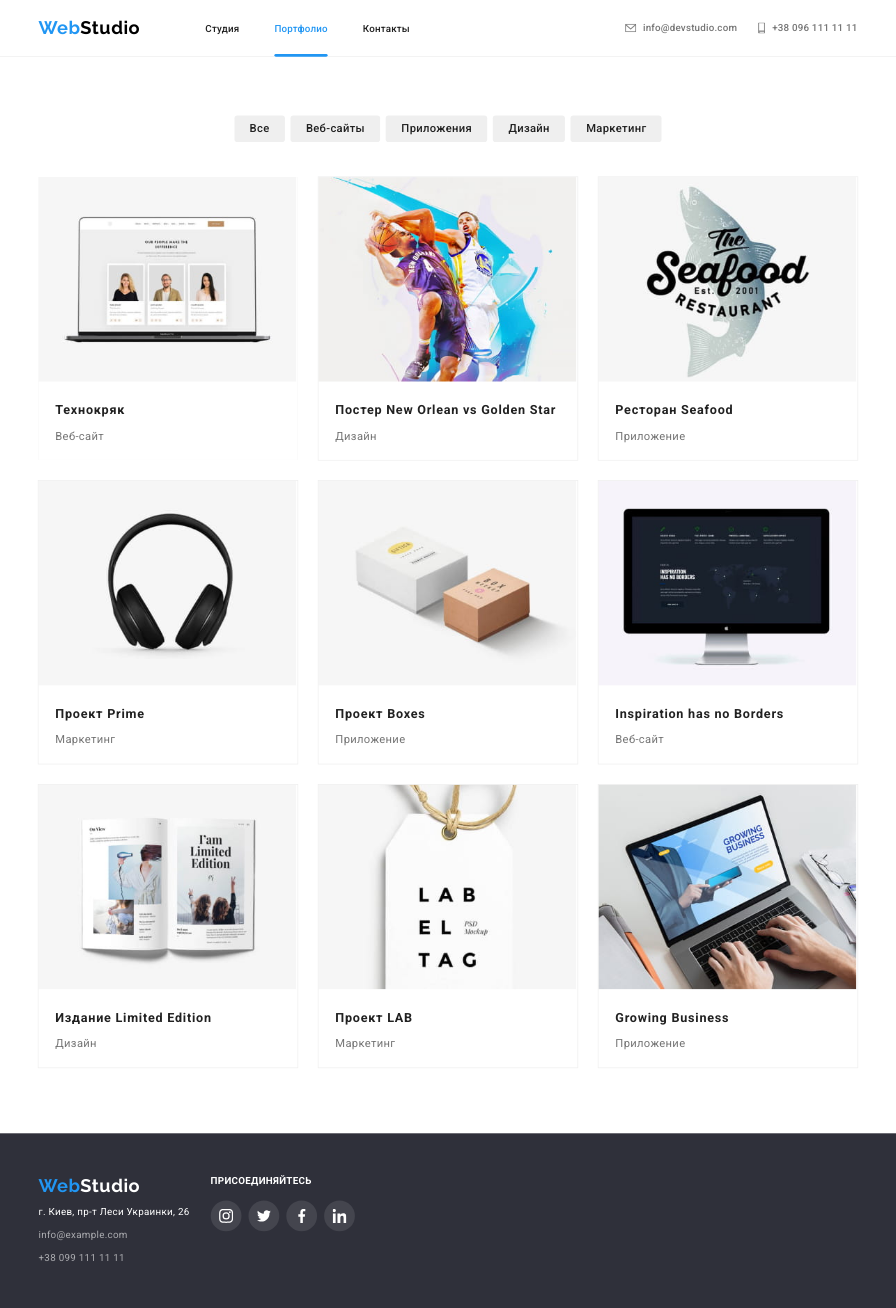
Repository: UliyaKucherernko/home-work-8
Page: porfolio.html
An editor plug-in stored every save of this project. The page is shown before and after the next save, followed by the edit.
The browser window is 1280 px wide. The pictures show the whole page, at 70% of full size.

Above is the page before, as saved 2021-04-13 23:34:48.

### porfolio.html
<!DOCTYPE html>
<html lang="en">
<head>
    <!-- Служебная информация -->
    <meta charset="UTF-8">
    <meta http-equiv="X-UA-Compatible" content="IE=edge">
    <meta name="viewport" content="width=device-width, initial-scale=1.0">
    <title>homework5</title>
    <link rel="preconnect" href="https://fonts.gstatic.com">
    <link href="https://fonts.googleapis.com/css2?family=Raleway:wght@700&family=Roboto:wght@400;500;700;900&display=swap" rel="stylesheet">
    <link rel="stylesheet" href="./css/styles.css">
</head>
<body>

   <header class="header">
      <div class="container">
         <!-- Шапка -->
         <nav class="navigation">
            <a class="link logo-header" href="index.html">
               <span class="web">Web</span><span class="studio">Studio</span></a>
            <ul class="list menu">
               <li class="menu-item">
                  <a href="./index.html" class="link link-title menu-link">Студия</a>
               </li>
               <li class="menu-item">
                  <a href="./porfolio.html" class="link link-title menu-link current">Портфолио</a>
               </li>
               <li class="menu-item">
                  <a class="link link-title menu-link" href="">Контакты</a>
               </li>
            </ul>
         </nav>
         <ul class="list header-adress">
            <li class="contact-item">
               <a class="link contact-links menu-adress" href="mailto:info@devstudio.com">
                  <svg class="icon-header" width="16" height="12">
                     <use href="./images/icons-sprite.svg#icon-mail"></use>
                  </svg>
                  info@devstudio.com
               </a>
            </li>
            <li class="contact-item">
               <a class="link contact-links menu-adress" href="tel:+380961111111">
                  <svg class="icon-header" width="10" height="16">
                     <use href="./images/icons-sprite.svg#icon-phone"></use>
                  </svg>
                  +38 096 111 11 11
               </a>
            </li>
         </ul>
      </div>
   </header>

     <!--что входит в портфолио-->
    <main>
      <section class="gallery">
         <div class="container">
          <ul class="list gallery-btns">
              <li><button class="button-filtr" type="button">Все</button></li>
              <li><button class="button-filtr" type="button">Веб-сайты</button></li>
              <li><button class="button-filtr" type="button">Приложения</button></li>
              <li><button class="button-filtr" type="button">Дизайн</button></li>
              <li><button class="button-filtr" type="button">Маркетинг</button></li>
          </ul>

          <ul class="list grid gallery-list">

            <div class="gallery-thumb">
               <div class="gallery-overlay">
                  <p class="gallery-text-overlay">Технокряк это современная площадка распространения коронавируса.
                     Компании используют эту платформу для цифрового
                  шпионажа и атак на защищённые сервера конкурентов.</p>
               </div>
                <li class="gallery-item"><img src="./images/1-monitor.jpg" alt="на мониторе 3 фотокарточки людей" width="368">
                <div class="gallery-names">
                <h3 class="filtrs">Технокряк</h3>
                <p class="main-filtrs">Веб-сайт</p>
                </div>
                </li>
               </div>

                <li class="gallery-item"><img src="./images/2-nba.jpg" alt="2 прня играют в баскетбол" width="368">
                <div class="gallery-names">
                  <h3 class="filtrs">Постер New Orlean vs Golden Star</h3>
                  <p class="main-filtrs">Дизайн</p>
                  </div>
                </li>
                <li class="gallery-item"><img src="./images/3-seafood.jpg" alt="рыбный ресторан" width="368">
                <div class="gallery-names">
                  <h3 class="filtrs">Ресторан Seafood</h3>
                  <p class="main-filtrs">Приложение</p>
                </div>
                  </li>
                  <li class="gallery-item"><img src="./images/4-prime.jpg" alt="наушники" width="368">
                     <div class="gallery-names">
                        <h3 class="filtrs">Проект Prime</h3>
                        <p class="main-filtrs">Маркетинг</p>
                     </div>
                  </li>
                  <li class="gallery-item"><img src="./images/5-boxes.jpg" alt="2 коробки разного размера" width="368">
                     <div class="gallery-names">
                        <h3 class="filtrs">Проект Boxes</h3>
                        <p class="main-filtrs">Приложение</p>
                     </div>
                  </li>
                  <li class="gallery-item"><img src="./images/6-borders.jpg" alt="монитор борд с картой мира" width="368">
                     <div class="gallery-names">
                        <h3 class="filtrs">Inspiration has no Borders</h3>
                        <p class="main-filtrs">Веб-сайт</p>
                     </div>
                  </li>
                  <li class="gallery-item"><img src="./images/7-magazine.jpg" alt="журнал" width="368">
                     <div class="gallery-names">
                        <h3 class="filtrs">Издание Limited Edition</h3>
                        <p class="main-filtrs">Дизайн</p>
                     </div>
                  </li>
                  <li class="gallery-item"><img src="./images/8-labels.jpg" alt="белая этикетка бирка" width="368">
                     <div class="gallery-names">
                        <h3 class="filtrs">Проект LAB</h3>
                        <p class="main-filtrs">Маркетинг</p>
                     </div>
                  </li>
                  <li class="gallery-item"><img src="./images/9-nout.jpg" alt="печатают на ноуте" width="368">
                     <div class="gallery-names">
                        <h3 class="filtrs">Growing Business</h3>
                        <p class="main-filtrs">Приложение</p>
                     </div>
                  </li>
                  </ul>
           </div>
     </section>
    </main>

   <!--подвал-->
   <footer class="footer-dark-bg">
      <div class="container">
         <div class="grid">
            <div class="grid-item-3">
               <a class="link footer-logo" href="index.html">
                  <span class="web">Web</span><span class="studio-footer">Studio</span></a>
               <address>
                  <ul class="footer-list">
                     <li><a href="" class="link footer-adress">г. Киев, пр-т Леси Украинки, 26</a></li>
                     <li><a href="mailto:info@example.com" class="link footer-social">info@example.com</a></li>
                     <li><a href="+380991111111" class="link footer-social">+38 099 111 11 11</a></li>
                  </ul>
               </address>
            </div>

            <div class="grid-item-3">
               <div class="card-footer">
                  <p class="f-sleng">присоединяйтесь</p>
               </div>
               <ul class="d-inline-flex">
                  <li class="social-icon-item">
                     <a href="" class="social-icon-link foo-icon">
                        <svg>
                           <use href="./images/icons-sprite.svg#icon-instagram"></use>
                        </svg>
                     </a>
                  </li>
                  <li class="social-icon-item">
                     <a href="" class="social-icon-link foo-icon">
                        <svg>
                           <use href="./images/icons-sprite.svg#icon-twitter"></use>
                        </svg>
                     </a>
                  </li>
                  <li class="social-icon-item">
                     <a href="" class="social-icon-link foo-icon">
                        <svg>
                           <use href="./images/icons-sprite.svg#icon-facebook"></use>
                        </svg>
                     </a>
                  </li>
                  <li class="social-icon-item">
                     <a href="" class="social-icon-link foo-icon">
                        <svg>
                           <use href="./images/icons-sprite.svg#icon-linkedin"></use>
                        </svg>
                     </a>
                  </li>
               </ul>
            </div>

         </div>
         <!-- <div class="card-footer-news">
                       <p class="news-title">подпишитесь на рассылку</p>
                     </div> -->
      </div>
   </footer>
   </body>

   </html>

### css/styles.css
/*-----Утилиты----------*/
:root {
  --main-text-color: #757575;
  --accent-color: #2196f3;
  --title-color: #212121;
  --dark-bg-color: #2f303a;
  --content-color: #ffffff;
  --team-color: #f5f4fa;
  --social-color: #afb1b8;
}

.grid-item-1 {
  --grid-item: 12;
}

.grid-item-2 {
  --grid-item: 6;
}

.grid-item-3 {
  --grid-item: 4;
}

.grid-item-4 {
  --grid-item: 3;
}

.grid-item-6 {
  --grid-item: 2;
}

.grid-item-12 {
  --grid-item: 1;
}

:focus {
  outline: none;
}

*,
::after,
::before {
  box-sizing: inherit;
}

.web {
  color: var(--accent-color);
}
.studio {
  color: #000000;
}

.studio-footer {
  color: var(--content-color);
}

address {
  font-style: normal;
}

body {
  font-family: "Roboto", sans-serif;
  font-size: 14px;
  font-weight: 500;
  line-height: 16px;
  letter-spacing: 0.02em;
  text-align: left;
  color: var(--main-text-color);
  margin: 0;
}

.link {
  text-decoration: none;
  color: inherit;
}

.container {
  width: 1200px;
  padding-left: 15px;
  padding-right: 15px;
  margin-right: auto;
  margin-left: auto;
  box-sizing: border-box;
  /* background-color:gray; */
}

.grid {
  display: flex;
  flex-wrap: wrap;
  gap: 30px;
}

.grid-item {
  flex-basis: calc((100% - 30px * var(--grid-item)) / var(--grid-item));
}

button {
  cursor: pointer;
  font-family: inherit;
}

h1,
h2,
h3,
h4,
h5,
h6,
p,
ul,
li {
  margin: 0;
  padding: 0;
}
/*Конец Утилит*/

.list {
  display: flex;
  justify-content: center;
  margin-top: 0;
  margin-bottom: 0;
  padding-left: 0;

  list-style: none;
}

.section-title {
  margin-top: 0;
  margin-bottom: 0;
  text-align: center;
  font-weight: 700;
  font-size: 36px;
  line-height: 1.16;
  letter-spacing: 0.03em;
  color: var(--title-color);
}

/*--------требование к команде------------*/

.all-feature {
  padding-top: 94px;
  padding-bottom: 94px;
}

.feature {
  display: inline-block;
  width: 270px;
  height: 251px;
  /* background-color: var(--team-color);
  border-radius: 4px; */
}

.feature-icon {
  display: flex;
  justify-content: center;
  align-items: center;
  background-color: var(--team-color);
  border-radius: 4px;
  width: 270px;
  height: 120px;
}

.feature-icon svg {
  width: 70px;
  height: 70px;
}

.feature:not(:last-child) {
  margin-right: 30px;
}

.main-team-feature {
  margin-top: 30px;
  font-weight: 700;
  font-size: 14px;
  line-height: 1.14;
  letter-spacing: 0.03em;
  text-transform: uppercase;
  color: var(--title-color);
}

.team-feature {
  margin-top: 12px;
  margin-bottom: 0;
  font-weight: 400;
  font-size: 14px;
  line-height: 1.71;
  letter-spacing: 0.03em;
  color: var(--main-text-color);
  font-size: 14px;
  line-height: 1.71;
  letter-spacing: 0.03em;
  color: var(--main-text-color);
}

/*.visually-hidden {
  position: absolute;
  {
  display: block;
  content: "";
  width: 270px;
  height: 120px;
  background-color: var(--team-color);
  border-radius: 4px;
}px;
  margin: -1px;
  border: 0;
  p
.link.current {
  color: var(--accent-color);
}*/

/* ------3 box---------- */
.content {
  position: absolute;

  display: flex;
  justify-content: center;
  align-items: center;
  font-weight: bold;
  line-height: 1.14;
  text-transform: uppercase;
  top: 224px;
  right: 0;
  width: 100%;
  height: 70px;
  color: var(--content-color);
  background-color: rgba(47, 48, 58, 0.8);
}
.boxes {
  margin-top: 50px;
}

.box-product {
  position: relative;
}

/*----------HERO----------  */

.hero-dark-bg {
  max-width: 1600px;
  height: 600px;
  margin-left: auto;
  margin-right: auto;
  padding: 200px 0;
  box-sizing: border-box;
  background: #c4c4c4;
}

.hero-title {
  margin-top: auto;
  margin-bottom: 30px;
  margin-left: auto;
  margin-right: auto;
  width: 696px;
  height: 120px;
  font-weight: 900;
  font-size: 44px;
  line-height: 1.36;

  letter-spacing: 0.06em;
  text-transform: uppercase;
  text-align: center;
  color: var(--content-color);
}

.overlay {
  max-width: 1600px;
  height: 600px;

  margin-left: auto;
  margin-right: auto;
  background-image: linear-gradient(
      to right,
      rgba(47, 48, 58, 0.4),
      rgba(47, 48, 58, 0.4)
    ),
    url(../images/team-overlay.jpg);
  background-repeat: no-repeat;
  background-position: center;
  background-size: cover;
}

.hero {
  display: flex;
  flex-direction: column;
  justify-content: center;
  align-items: center;
}

.hero-button {
  padding: 10px 32px;
  min-width: 136px;
  font-weight: 700;
  font-size: 16px;
  line-height: 1.87;
  letter-spacing: 0.06em;
  background: var(--accent-color);
  border-radius: 4px;
  border: 0;
  color: #ffffff;
}

/* -----BUTTON GALLERY----- */

.button-filtr {
  border: 0;
  border-radius: 4px;
  padding: 6px 22px;
  font-weight: 500;
  font-size: 16px;
  line-height: 1.62;
  letter-spacing: 0.03em;
  color: var(--title-color);
}

.button-filtr:hover,
.button-filtr:focus {
  box-shadow: 0px 3px 1px rgba(0, 0, 0, 0.1), 0px 1px 2px rgba(0, 0, 0, 0.08),
    0px 2px 2px rgba(0, 0, 0, 0.12);
  transition-duration: 250ms;
  transition-timing-function: cubic-bezier(0.4, 0, 0.2, 1);
}

.gallery-btns li:not(:last-child) .button-filtr {
  margin-right: 8px;
}

button:hover,
button:focus {
  background: var(--accent-color);
  color: #fff;
  transition-duration: 250ms;
  transition-timing-function: cubic-bezier(0.4, 0, 0.2, 1);
}

.gallery {
  padding-top: 84px;
}
.gallery-names {
  padding: 20px 24px 20px 24px;
}
.gallery-item {
  --grid-item: 3;
  background: white;
  width: 370px;
  height: 404px;
  outline: 1px solid #eeeeee;
}

.gallery-item:hover,
.gallery-item:focus {
  box-shadow: 0px 1px 1px rgba(0, 0, 0, 0.12), 0px 4px 4px rgba(0, 0, 0, 0.06),
    1px 4px 6px rgba(0, 0, 0, 0.16);
  transition-duration: 250ms;
  transition-timing-function: cubic-bezier(0.4, 0, 0.2, 1);
}

.gallery-list {
  padding-bottom: 94px;
  margin-top: 50px;
}

.filtrs {
  margin-bottom: 4px;
  font-weight: 700;
  font-size: 18px;
  line-height: 2;
  letter-spacing: 0.06em;
  color: var(--title-color);
}

.main-filtrs {
  font-weight: 400;
  font-size: 16px;
  line-height: 1.87;
  letter-spacing: 0.03em;
  color: var(--main-text-color);
}

.work {
  padding-top: 94px;
  padding-bottom: 94px;
}

.social-icons .icon {
  width: 20px;
  height: 20px;
  fill: var(--social-color);
}

.d-inline-flex {
  display: inline-flex;
}

.gallery-thumb {
  position: relative;
  overflow: hidden;
}

.gallery-overlay {
  position: absolute;
  display: flex;
  align-items: center;
  width: 100%;
  height: 100%;
  transition-property: transform, background-color;
  transform: translateY(101%);
  transition-duration: 250ms;
  transition-timing-function: cubic-bezier(0.4, 0, 0.2, 1);
}

.gallery-text-overlay {
  font-size: 18px;
  max-width: 340px;
  padding-left: 24px;
  line-height: 1.56;
  color: var(--content-color);
}

.gallery-thumb::before {
  display: inline-block;
  content: "";

  position: absolute;
  top: 0;
  left: 0;
  width: 370px;
  height: 294px;
  background-color: rgba(33, 150, 243, 0.9);
  opacity: 0;
}

.gallery-list:hover .gallery-thumb::before {
  transform: translateY(0);
}

/* -------команда имена карточки соц иконки----------- */

.team-card {
  --grid-item: 4;
  text-align: center;
  background: white;
  width: 270px;
  height: 428px;
  box-sizing: border-box;
  box-shadow: 0px 1px 3px rgb(0 0 0 / 12%), 0px 1px 1px rgb(0 0 0 / 14%),
    0px 2px 1px rgb(0 0 0 / 20%);
  border-radius: 0px 0px 4px 4px;
}

.team {
  padding-top: 94px;
  padding-bottom: 94px;
  box-sizing: border-box;
  background: var(--team-color);
}

.team-card:not(:last-child) {
  margin-right: 30px;
}

.team-names {
  padding: 30px 0;
}

.names {
  margin-bottom: 10px;
  font-weight: 500;
  font-size: 16px;
  line-height: 1.18;
  letter-spacing: 0.03em;
  color: var(--title-color);
}

.team-profession {
  margin-top: 10px;
  margin-bottom: 16px;
  font-weight: 400;
  font-size: 16px;
  line-height: 1.18;
  letter-spacing: 0.03em;
  color: var(--main-text-color);
}

.team-body {
  display: flex;
  justify-content: center;
  margin-top: 50px;
  list-style: none;
}

.team-body .team-item:not(:last-child) {
  margin-right: 30px;
}

.social-icon-item {
  display: block;
}

.social-icon-item svg {
  width: 20px;
  height: 20px;
}

.social-icon-item:not(:last-child) {
  margin-right: 10px;
}

.social-icon-link {
  display: flex;
  justify-content: center;
  align-items: center;
  width: 44px;
  height: 44px;
  border-radius: 50%;
}

.social-icon-link.team-icon {
  background: var(--content-color);
}

.social-icon-link.team-icon:hover svg,
.social-icon-link.team-icon:focus svg {
  fill: var(--content-color);
  transition-duration: 250ms;
  transition-timing-function: cubic-bezier(0.4, 0, 0.2, 1);
}

.social-icon-link.team-icon svg {
  fill: var(--social-color);
}

.social-icon-link.foo-icon svg {
  fill: var(--content-color);
}

.social-icon-link.foo-icon {
  background: rgba(255, 255, 255, 0.1);
}

.social-icon-link:hover,
.social-icon-link:focus {
  background-color: var(--accent-color);
  transition-duration: 250ms;
  transition-timing-function: cubic-bezier(0.4, 0, 0.2, 1);
}

.social-icon-link.team-icon:hover .icon,
.social-icon-link.team-icon:focus .icon {
  fill: var(--content-color);
  transition-duration: 250ms;
  transition-timing-function: cubic-bezier(0.4, 0, 0.2, 1);
}

/* ------постоянные клиенты-------- */

.cl {
  padding-top: 94px;
  padding-bottom: 94px;
}

.cl-item .cl-logo {
  fill: var(--social-color);
}

.cl-item {
  display: flex;
}

.social-icons .cl-logo {
  fill: var(--social-color);
}

.cl-link:hover .cl-logo,
.cl-link:focus .cl-logo {
  fill: var(--accent-color);
  transition-duration: 250ms;
  transition-timing-function: cubic-bezier(0.4, 0, 0.2, 1);
}

.item-cl:not(:last-child) {
  margin-right: 30px;
}

.cl-link {
  margin-top: 50px;
  display: flex;
  justify-content: center;
  align-items: center;
  width: 170px;
  height: 90px;
  border: 1px solid #afb1b8;
  border-radius: 4px;
}

.cl-link:hover,
.cl-link:focus {
  border: 1px solid var(--accent-color);
  transition-duration: 250ms;
  transition-timing-function: cubic-bezier(0.4, 0, 0.2, 1);
}

.cl-link .navigation {
  display: flex;
  align-items: center;
  margin-right: auto;
}

/* -------------ХЕДЕР-------------- */

.navigation {
  display: flex;
  align-items: center;
  margin-right: auto;
}

.header {
  border-bottom: 1px solid #eeeeee;

  color: var(--title-color);
}

.header .container {
  display: flex;
  justify-content: flex-end;
  align-items: center;
}

.header-adress {
  font-weight: 500;
  font-size: 14px;
  line-height: 1.14;
  letter-spacing: 0.02em;
  color: var(--main-text-color);
}
.logo-header {
  margin-right: 93px;

  font-family: Raleway;
  font-weight: 700;
  font-size: 26px;
  line-height: 1.19;
  letter-spacing: 0.03em;
}

.current {
  color: var(--accent-color);
}
.menu {
  display: inline-flex;
}

.link-title {
  position: relative;
  padding-bottom: 32px;
  padding-left: 0;
  padding-right: 0;
  transition-property: color;
}
.menu-link {
  display: block;
  padding-top: 32px;
  padding-bottom: 32px;
  padding-left: 0;
  padding-right: 0;
  transition-property: color;
  transition-duration: 250ms;
  transition-timing-function: cubic-bezier(0.4, 0, 0.2, 1);
}
.current::after {
  content: "";
  position: absolute;
  display: block;
  width: 100%;
  height: 4px;
  border-radius: 2px;
  left: 0;
  bottom: -1px;
  background-color: var(--accent-color);
}

.menu-item:not(:last-child) {
  margin-right: 50px;
}

.menu-adress:not(:last-child) {
  margin-right: 50px;
}

.menu-adress:hover,
.menu-adress:focus {
  color: var(--accent-color);
  transition-duration: 250ms;
  transition-timing-function: cubic-bezier(0.4, 0, 0.2, 1);
}

.contact-item:not(:last-child) {
  margin-right: 30px;
}

.icon-header {
  fill: var(--main-text-color);
}

.header-adress .icon-header {
  margin-right: 10px;
  stroke: var(--main-text-color);
}

.link-title:hover,
.link-title:focus {
  color: var(--accent-color);
  transition-duration: 250ms;
  transition-timing-function: cubic-bezier(0.4, 0, 0.2, 1);
}

.contact-links {
  display: flex;
  align-items: center;
}

.contact-links:hover .icon-header,
.contact-links:focus .icon-header {
  stroke: var(--accent-color);
  transition-duration: 250ms;
  transition-timing-function: cubic-bezier(0.4, 0, 0.2, 1);
}

.contact-links .footer-list {
  margin-top: 20px;
  list-style: none;
}

/* ---------------------ФУТЕР---------------- */

.f-block {
  --grid-item: 2;
  align-self: baseline;
}

.footer-list li {
  margin-top: 9px;
  list-style: none;
}

.footer-dark-bg {
  padding: 60px 0;
  box-sizing: border-box;
  background: var(--dark-bg-color);
}

.footer-social {
  font-weight: 400;
  font-size: 14px;
  line-height: 1.71;
  letter-spacing: 0.03em;
  color: rgba(255, 255, 255, 0.6);
}

.footer-adress {
  font-weight: 400;
  font-size: 14px;
  line-height: 1.71;
  letter-spacing: 0.03em;
  color: #ffffff;
}

.footer-logo {
  font-family: Raleway;
  font-weight: 700;
  font-size: 26px;
  line-height: 1.19;
  letter-spacing: 0.03em;
}

.f-sleng {
  margin-bottom: 20px;
  font-weight: 700;
  font-size: 14px;
  line-height: 1.14;
  letter-spacing: 0.03em;
  text-transform: uppercase;
  color: var(--content-color);
}

/* ------МОДАЛЬНОЕ ОКНО------- */
.backdrop {
  position: fixed;
  width: 100%;
  height: 100%;
  left: 0px;
  top: 0px;

  background: rgba(0, 0, 0, 0.2);
}

.backdrop.is-hidden {
  opacity: 0;
  pointer-events: none;
}

.modal {
  position: absolute;
  top: 50%;
  left: 50%;
  transform: translate(-50%, -50%);

  width: 528px;
  height: 581px;
  box-shadow: 0px 1px 3px rgba(0, 0, 0, 0.12), 0px 1px 1px rgba(0, 0, 0, 0.14),
    0px 2px 1px rgba(0, 0, 0, 0.2);
  border-radius: 4px;
  background-color: var(--content-color);
  transform: translate(-50%, -50%) scale(1);
  transition: transform 250ms cubic-bezier(0.4, 0, 0.2, 1);
}

.modal:hover {
  transform: translate(-50%, -50%) scale(1);
  transition: transform 250ms cubic-bezier(0.4, 0, 0.2, 1);
}

.modal-button {
  position: absolute;
  width: 30px;
  height: 30px;
  right: 8px;
  top: 8px;
  display: flex;
  justify-content: center;
  align-items: center;

  background: var(--content-color);
  border: 1px solid rgba(0, 0, 0, 0.1);
  box-sizing: border-box;
  border-radius: 50%;
}

.icon-close {
  position: absolute;
  top: 50%;
  left: 50%;
  transform: translate(-50%, -50%);
  cursor: pointer;
  transition-property: fill;
  transition-duration: 250ms;
  transition-timing-function: cubic-bezier(0.4, 0, 0.2, 1);
}

After the next save:
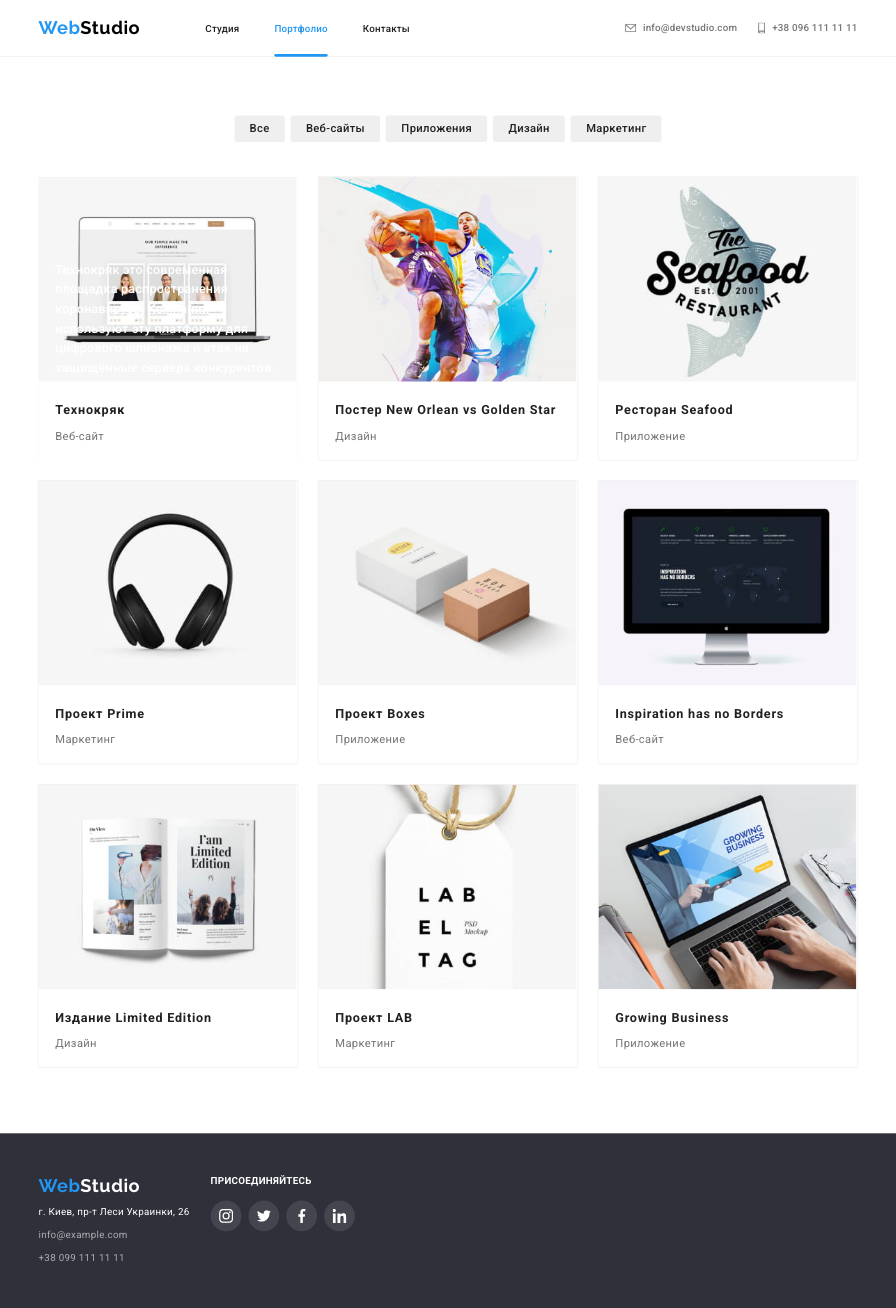
Saved 4 min 3 s later.
--- a/css/styles.css
+++ b/css/styles.css
@@ -403,10 +403,6 @@ button:focus {
   align-items: center;
   width: 100%;
   height: 100%;
-  transition-property: transform, background-color;
-  transform: translateY(101%);
-  transition-duration: 250ms;
-  transition-timing-function: cubic-bezier(0.4, 0, 0.2, 1);
 }
 
 .gallery-text-overlay {
